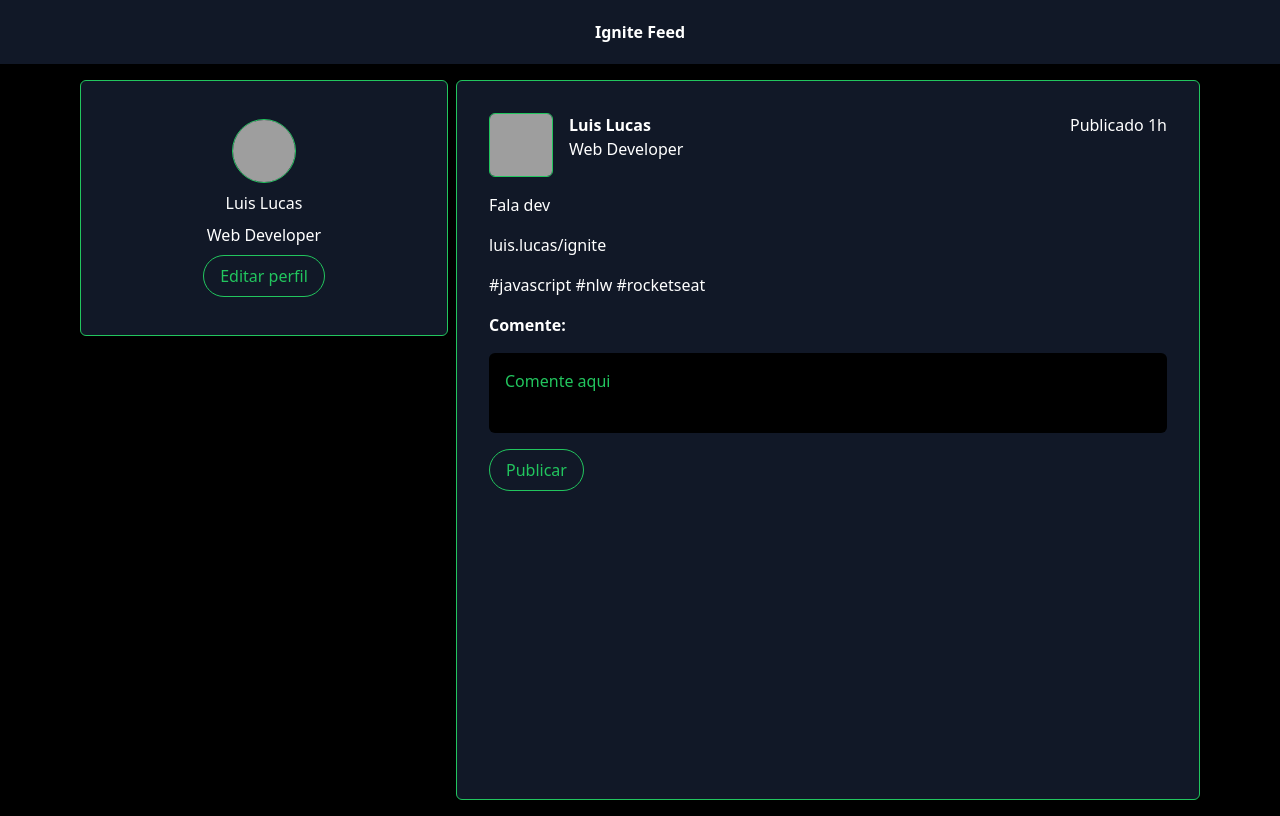
Repository: LuisSempre/ignite-feed
Page: /
An editor plug-in stored every save of this project. The page is shown before and after the next save, followed by the edit.
The browser window is 1280 px wide. The pictures show the whole page.
Pictures or frames that could not be fetched are drawn as grey boxes. The project was rebuilt for these pictures with package versions that can differ from the ones it lists, and the page was loaded fresh each time. Also part of the build but not shown: vite.config.js.

Above is the page before, as saved 2022-07-14 00:03:43.

After the next save:
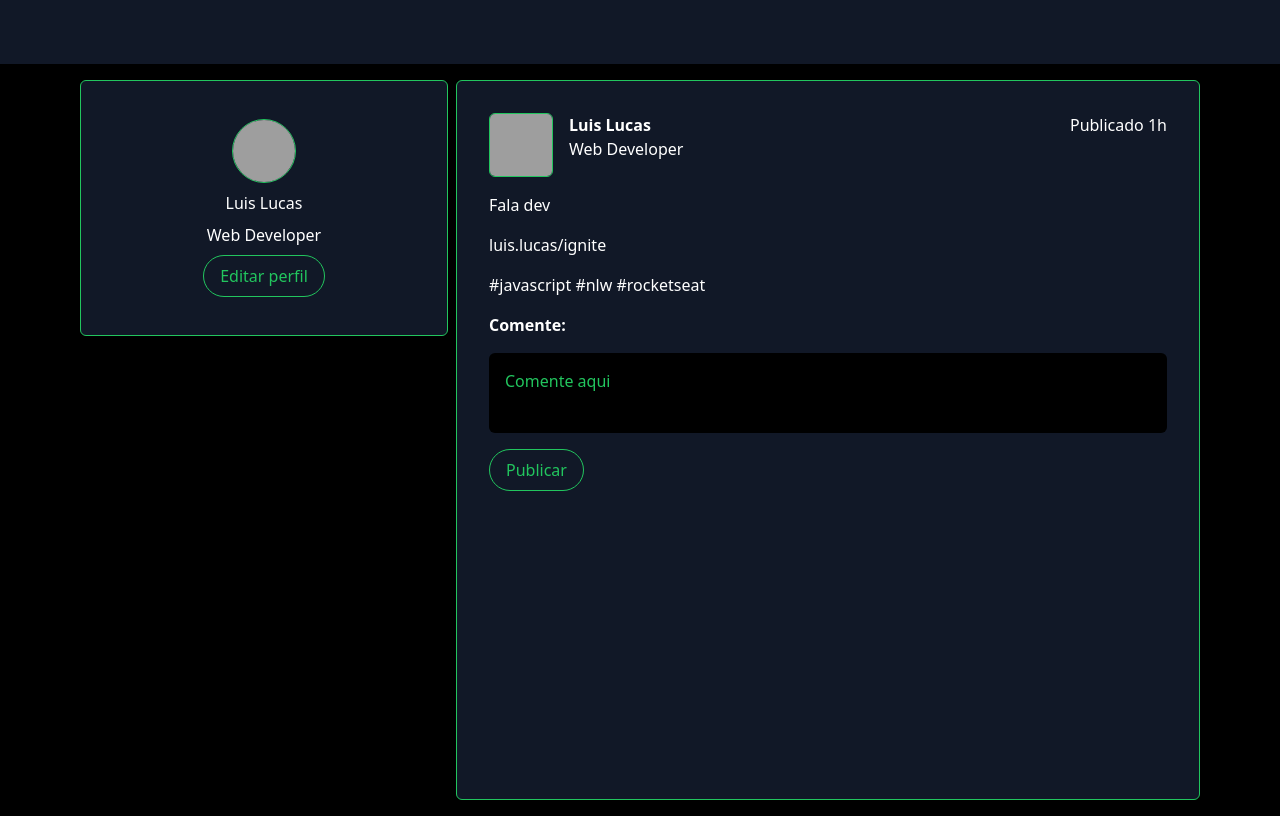
Saved 86 s later.
--- a/src/Components/Header.jsx
+++ b/src/Components/Header.jsx
@@ -1,7 +1,7 @@
 export function Header() {
   return (
     <div className="flex items-center justify-center h-16 bg-gray-900 mx-auto w-full">
-      <h1 className="font-bold bg-gray-900">Ignite Feed</h1>
+      <h1 className="font-bold text-transparent">Ignite Feed</h1>
     </div>
   )
 }
